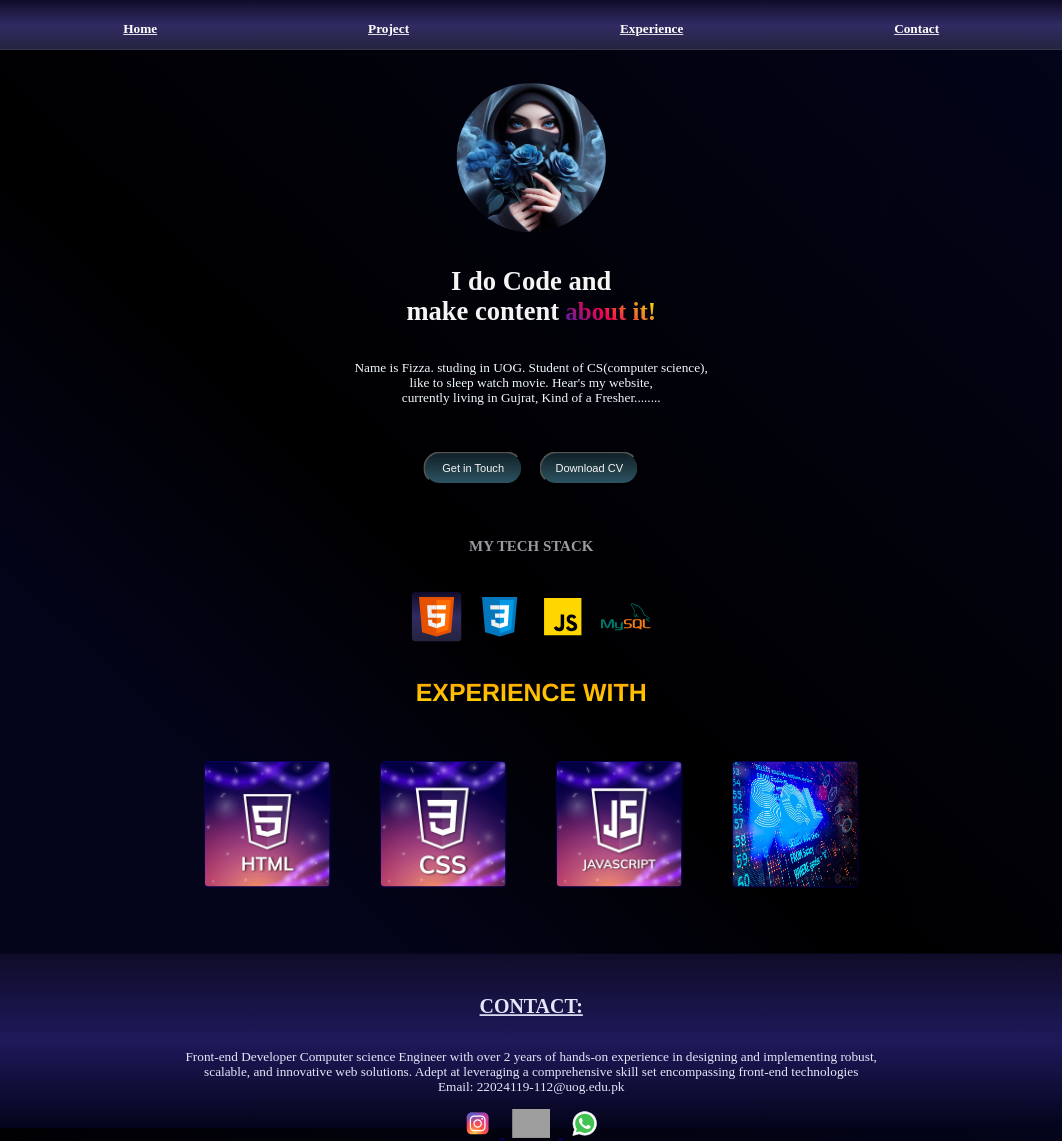
Repository: Fizza-112/portfolio
Page: index.html
These files come from the project's save history. The page is drawn as it stood at one moment and after a run of saves; the edit follows.
The browser window is 1280 px wide. The pictures show the whole page, at 83% of full size.
The pointer rests on the first visible `.logo`.
Pictures or frames that could not be fetched are drawn as grey boxes.

Above is the page before, as saved 2024-09-07 03:31:10.

After the next 2 saves:
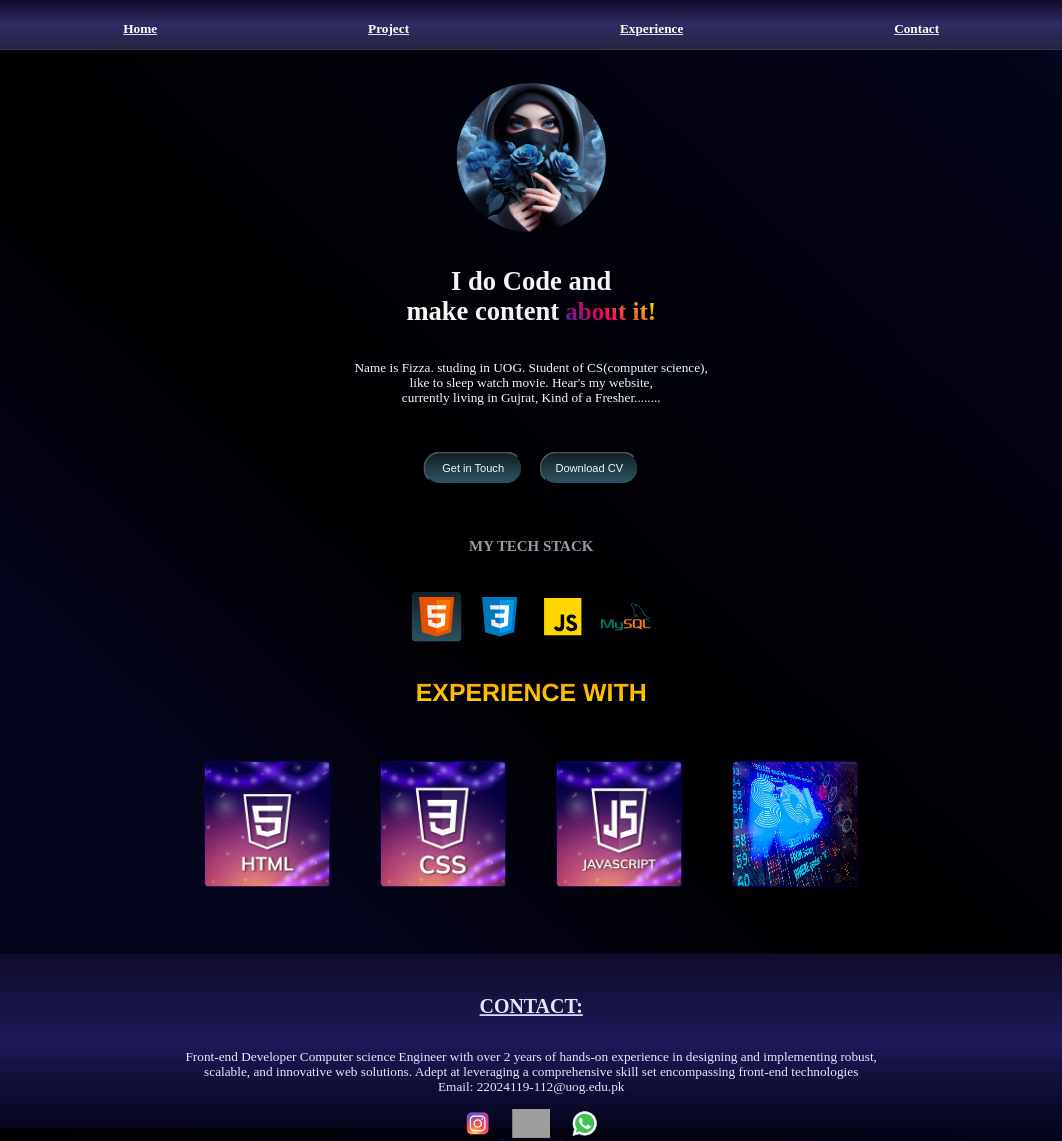
The 2 saves are shown as one change because they came seconds apart.
The last was saved 34 s later.
--- a/style.css
+++ b/style.css
@@ -112,7 +112,7 @@
     margin: 20px 8px;
 }
  .logo:hover{
-    background-image: linear-gradient(#0f0c29, #302b63,  #24243e ) ;
+    background-image: linear-gradient( #0f2027, #203a43, #2c5364) ;
 
 }
 #pro{
